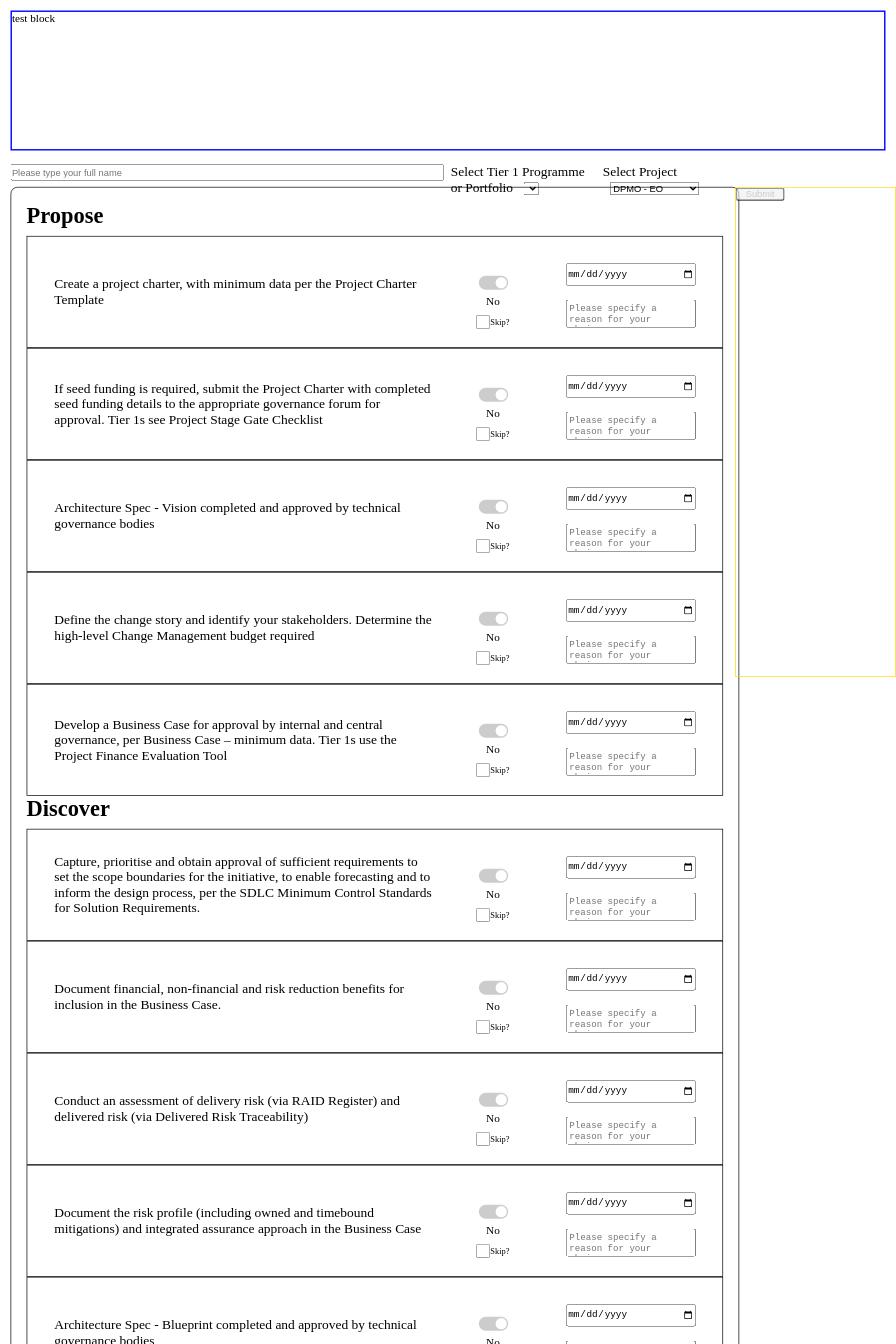
Repository: I-Alpha/JQuery-Html-form
Page: Project-form.html
The author's editor kept a copy of each file at every save. The page is drawn from the files as they stood at one save, then again after a run of saves.
The browser window is 1280 px wide. The pictures show the part of the page from y = 0 to 1920 px (the page is 8699 px tall), at 70% of full size.

Above is the page before, as saved 2020-10-27 00:59:19.

After the next 2 saves:
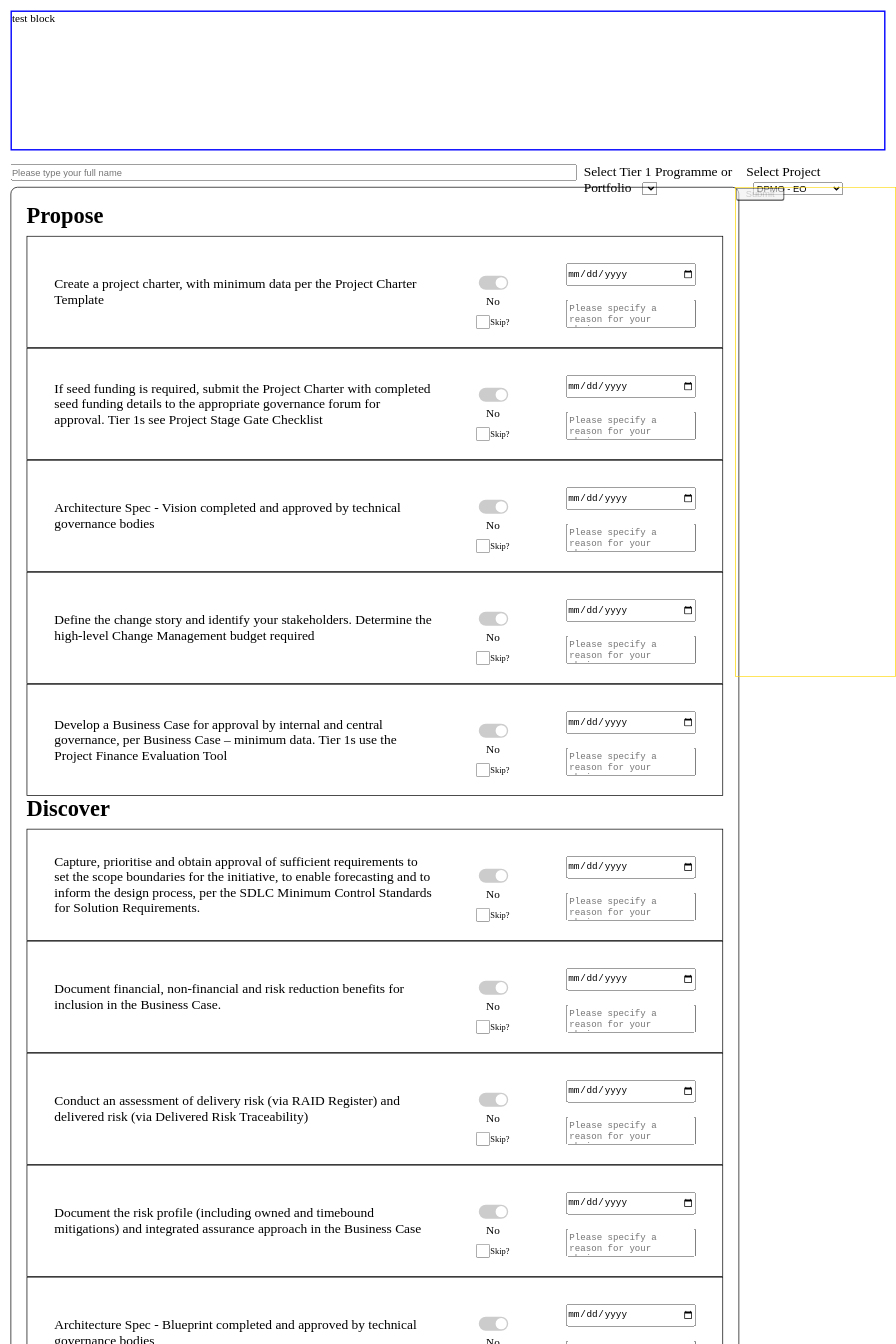
The 2 saves are shown as one change because they came seconds apart.
The last was saved 10 s later.
--- a/main.css
+++ b/main.css
@@ -310,7 +310,7 @@ and (min-width : 1224px) {
   #preBar{
    display: grid;
    flex-direction: row;
-   grid-template-columns: auto auto;
+   grid-template-columns: auto  2;
   grid-row:1 ;
   grid-column: 3;
    margin : 10px 0;
